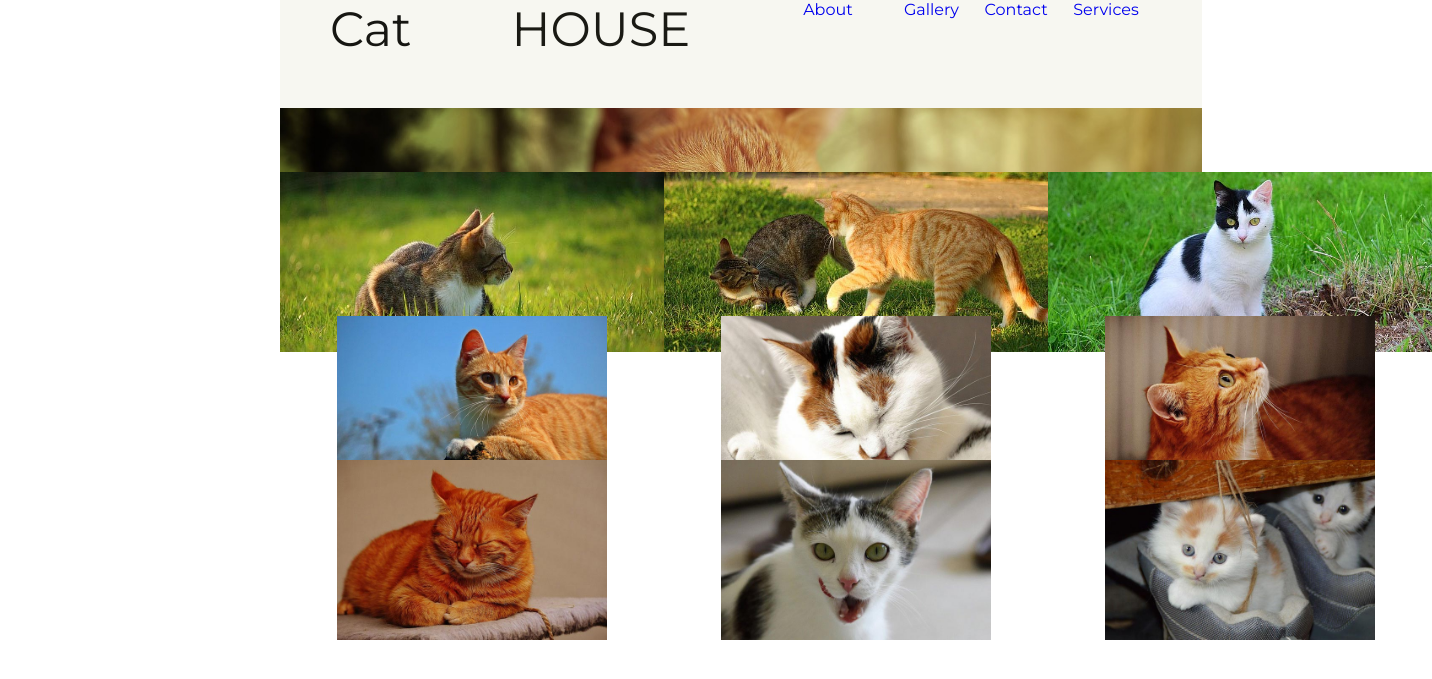
Repository: raul4264/final
Page: Gallery.html
These files come from the project's save history. The page is drawn as it stood at one moment and after the next save; the edit follows.
The browser window is 1280 px wide. The page is 1432 px wide, then 1304 px, so the pictures cover 1432 px, including what lies to the right of the window. The pictures show the whole page.

Above is the page before, as saved 2021-03-22 13:56:58.

### Gallery.html
<!DOCTYPE html>
<html lang="en">

<head>
    <meta charset="UTF-8">
    <meta http-equiv="X-UA-Compatible" content="IE=edge">
    <meta name="viewport" content="width=device-width, initial-scale=1.0">
    <title>Gallery</title>
    <link href="css/gallery.css" rel="stylesheet" type="text/css">
</head>

<body>
    <div id="grilla">
        <header>
            <div class="banner">

                <nav id="nav">

                    <div class="item1">
                        <p>Cat</p>
                    </div>

                    <div class="item2">
                        <p>HOUSE</p>
                    </div>


                    <ul class="item3">
                        <li class=""><a href="about.html">About</li>
                        <li class=""><a href="Gallery.html">Gallery</a></li>
                        <li class=""><a href="Contact.html">Contact</a></li>
                        <li class=""><a href="Services.html ">Services</a></li>
                    </ul>
                </nav>
            </div>

        </header>

        <main>

                <img src="images/b1.jpg " class="uno" alt="imagen2 " />
                <img src="images/b2.jpg "class="dos"  alt="imagen3 " />
                <img src="images/b3.jpg "class="tres"  alt="imagen3 " />


                <img src="images/g1.jpg " class="cuatro" alt="imagen2 " />
                <img src="images/g2.jpg " class="cinco" alt="imagen3 " />
                <img src="images/g3.jpg " class="seis" alt="imagen3 " />

                <img src="images/g4.jpg "class="siete"  alt="imagen2 " />
                <img src="images/g5.jpg " class="ocho" alt="imagen3 " />
                <img src="images/g6.jpg " class="nueve" alt="imagen3 " />

        </main>
        <footer>
            <!--  <div class="footer">
                <a href="http://www.facebook.com " target="blanck ">Facebook</a>
                <a href="http://www.google.com " target="blanck ">google</a>
            </div> -->
        </footer>


    </div>
</body>

</html>

### css/gallery.css
@import url('https://fonts.googleapis.com/css2?family=Montserrat:wght@400;500&display=swap');
@import url('https://fonts.googleapis.com/css2?family=Montserrat:wght@400;500&family=Poppins:wght@300&display=swap');
* {
    font-family: 'Montserrat', sans-serif;
    margin: 0 auto;
    padding: 0;
}
body{
    width: 100vw;
    height: 100vh;
}
.banner {
    background: url(../images/1.jpg) no-repeat 0px 0px;
    background-size: cover;
    padding: 0em 0 4em;
    height: 100%;
    width: 72vw;
}

#nav {
    display: flex;
    background-color: rgb(247, 247, 241);

    height: 15vh;
}

.item1 {
    color: rgb(22, 22, 18);
    font-family: monserrat;
    font-size: 3em;
}

.item2 {
    color: rgb(26, 26, 20);
    font-family: monserrat;
    font-size: 3em;
}

.item3 {
    display: flex;
    list-style: none;
}

.item3 li a {
    text-decoration: none;
    padding: 1vw;
}

.li {
    padding: 10px;
}


/*.............Grid..........*/

#grilla {
    max-width: 100vh;
    display: grid;
    grid-template-columns:33% 33% 33%;
    grid-template-rows:  ;
}

header {
    grid-column-start: 1;
    grid-column-end: 4;
    grid-row-start: 1;
    grid-row-end: 2;
}

/* .sec1 {

    grid-column-start: 1;
    grid-column-end: 4;
    grid-row-start: 2;
    grid-row-end: 3;


    max-height: 20vh;
}

.sec2 {

    grid-column-start: 1;
    grid-column-end: 4;
    grid-row-start: 3;
    grid-row-end: 4;

    max-height: 25vh;
}

.sec3 {

    grid-column-start: 1;
    grid-column-end: 4;
    grid-row-start: 4;
    grid-row-end: 5;
    max-height: 25vh;
} */
main {
    display: grid;
    grid-template-columns: 30vw 30vw 30vw;
    grid-template-rows: 20vh 20vh 20vh;
    grid-column-start: 1;
    grid-column-end: 4;
    grid-row-start: 2;
    grid-row-end: 3;
}
.uno{
    grid-column-start: 1;
    grid-column-end: 2;
    grid-row-start: 1;
    grid-row-end: 2;
    max-height: 25vh;
}
.dos{
    grid-column-start: 2;
    grid-column-end: 3;
    grid-row-start: 1;
    grid-row-end: 2;
    max-height: 25vh;
}
.tres{
    grid-column-start: 3;
    grid-column-end: 4;
    grid-row-start:1;
    grid-row-end: 2;
    max-height: 25vh;
}
.cuatro{
    grid-column-start: 1;
    grid-column-end: 2;
    grid-row-start: 2;
    grid-row-end: 3;
    max-height: 25vh;
}
.cinco{
    grid-column-start: 2;
    grid-column-end: 3;
    grid-row-start: 2;
    grid-row-end: 3;
    max-height: 25vh;
}
.seis{
    grid-column-start: 3;
    grid-column-end: 4;
    grid-row-start:2;
    grid-row-end: 3;
    max-height: 25vh;
}
.siete{
    grid-column-start: 1;
    grid-column-end: 2;
    grid-row-start: 3;
    grid-row-end: 4;
    max-height: 25vh;
}
.ocho{
    grid-column-start: 2;
    grid-column-end: 3;
    grid-row-start: 3;
    grid-row-end: 4;
    max-height: 25vh;
}
.nueve{
    grid-column-start: 3;
    grid-column-end: 4;
    grid-row-start:3;
    grid-row-end: 4;
    max-height: 25vh;
}

footer {
    grid-column-start: 1;
    grid-column-end: 4;
    grid-row-start: 3;
    grid-row-end: 4;
    background-color: black;
}




/*.......................................*/

img {
    max-width: 100%;
    max-height: 100%;
    object-fit: contain;
}

After the next save:
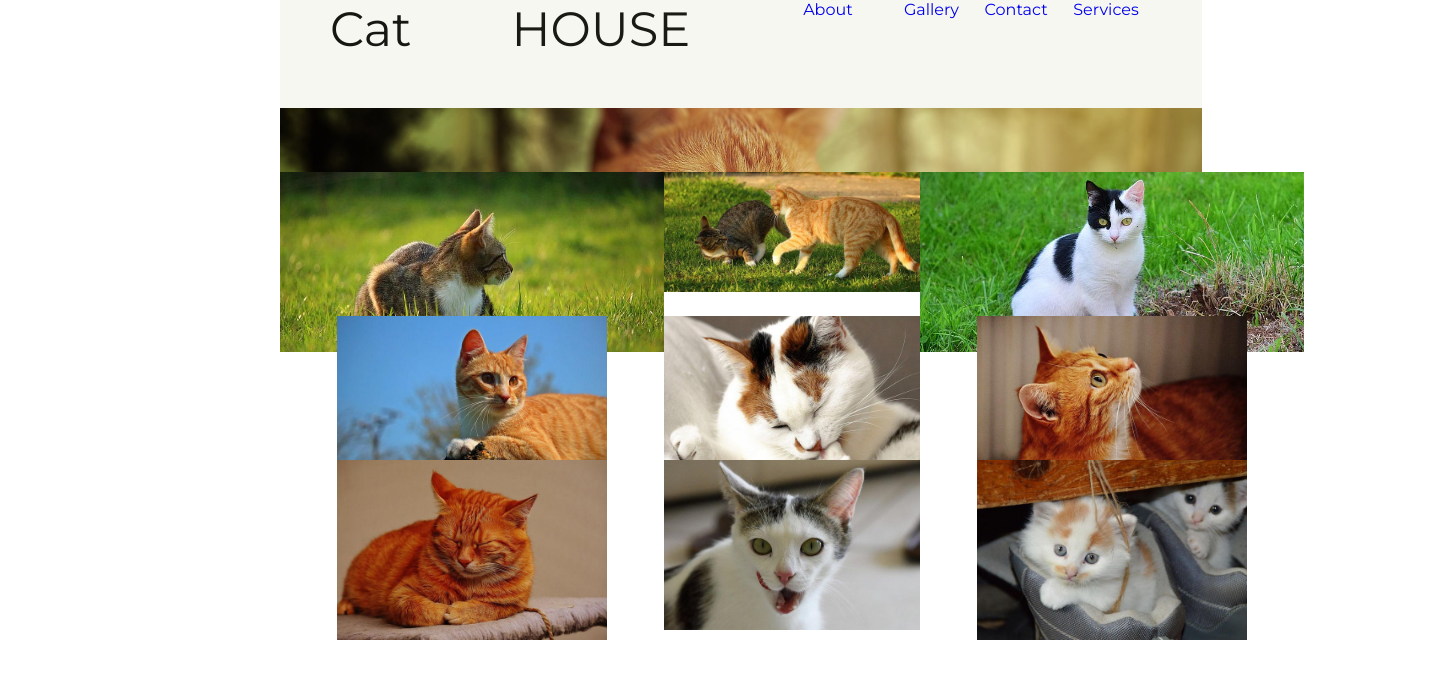
Saved 18 s later.
--- a/css/gallery.css
+++ b/css/gallery.css
@@ -98,7 +98,7 @@ header {
 } */
 main {
     display: grid;
-    grid-template-columns: 30vw 30vw 30vw;
+    grid-template-columns: 30vw 20vw 30vw;
     grid-template-rows: 20vh 20vh 20vh;
     grid-column-start: 1;
     grid-column-end: 4;
